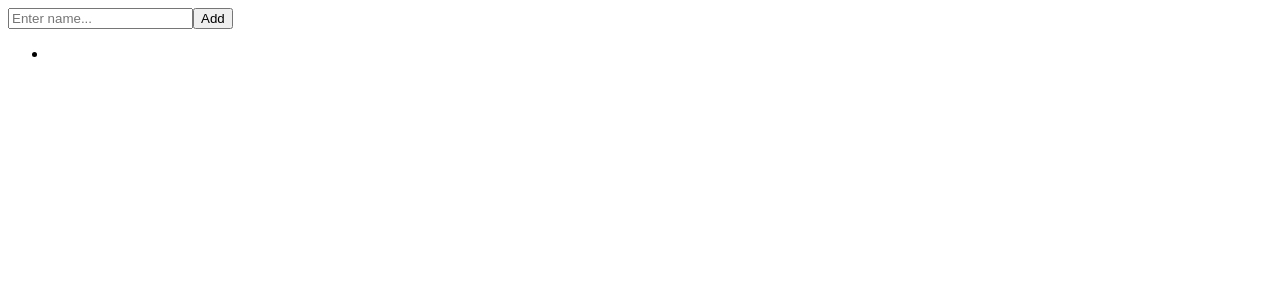
Repository: dohuuxuyen/redux-todolist
Page: /, after clicking the first element matching `button`
These files come from the project's save history. The page is drawn as it stood at one moment and after the next save; the edit follows.
The browser window is 1280 px wide. The pictures show the whole page.
The project was rebuilt for these pictures with package versions that can differ from the ones it lists, and the page was loaded fresh each time. Also part of the build but not shown: src/App.css.

Above is the page before, as saved 2022-04-30 13:38:14.

### src/index.js
import React from "react";
import ReactDOM from "react-dom/client";
import { Provider } from "react-redux";
import App from "./App";
import store from "./redux/store";

const root = ReactDOM.createRoot(document.getElementById("root"));
root.render(
  <Provider store={store}>
    <App />
  </Provider>
);

### src/App.js
import "./App.css";
import Todos from "./components/Todos/Todos";

function App() {
  return (
    <div className="App">
      <Todos />
    </div>
  );
}

export default App;

### src/components/Todos/Todos.jsx
import React from "react";
import { useDispatch, useSelector } from "react-redux";
import { addTodos, setTodoInput } from "../../redux/actions";
import { todoInputSelector, todosSelector } from "../../redux/selector";

const Todos = () => {
  const todoInput = useSelector(todoInputSelector);
  const todos = useSelector(todosSelector);
  const dispatch = useDispatch();
  console.log(todos);

  const handleTodoInputChange = (e) => {
    dispatch(setTodoInput(e.target.value));
  };

  const handleAdd = () => {
    dispatch(addTodos(todoInput));
  };
  console.log(todoInput);
  return (
    <div>
      <input
        value={todoInput}
        type="text"
        placeholder="Enter name..."
        onChange={handleTodoInputChange}
      />
      <button onClick={handleAdd}>Add</button>
      <ul>
        {todos.map((todo, index) => (
          <li key={index}>{todo}</li>
        ))}
      </ul>
    </div>
  );
};

export default Todos;

### src/redux/reducer.js
import { combineReducers } from "redux";
import todosReducer from "../components/Todos/todosReducer";

const rootReducer = combineReducers({
  todos: todosReducer,
});

export default rootReducer;

### src/redux/actions.js
export const searchFilter = (payload) => {
  return {
    type: "Filter/SEARCH_FILTER",
    payload: payload,
  };
};

export const setTodoInput = (payload) => {
  return {
    type: "Todos/SET_TODO_INPUT",
    payload: payload,
  };
};

export const addTodos = (payload) => {
  return {
    type: "Todos/ADD_TODOS",
    payload: payload,
  };
};

export const deleteTodos = (payload) => {
  return {
    type: "Todos/DELETE_TODOS",
    payload: payload,
  };
};

export const clearTodos = (payload) => {
  return {
    type: "Todos/CLEAR_TODOS",
    payload: payload,
  };
};

export const updateTodos = (payload) => {
  return {
    type: "Todos/UPDATE_TODOS",
    payload: payload,
  };
};

### src/redux/selector.js
export const todoInputSelector = (state) => state.todos.todoInput;
export const todosSelector = (state) => state.todos.todos;

### src/components/Todos/todosReducer.js
const initialState = {
  todoInput: "",
  todos: [],
};

const todosReducer = (state = initialState, action) => {
  switch (action.type) {
    case "Todos/SET_TODO_INPUT":
      return {
        ...state,
        todoInput: action.payload,
      };
    case "Todos/ADD_TODOS":
      return {
        ...state,
        todos: [...state.todos, action.payload],
      };
    default:
      return state;
  }
};

export default todosReducer;

Loaded but not shown: public/index.html (common file); src/redux/store.js (common file)

After the next save:
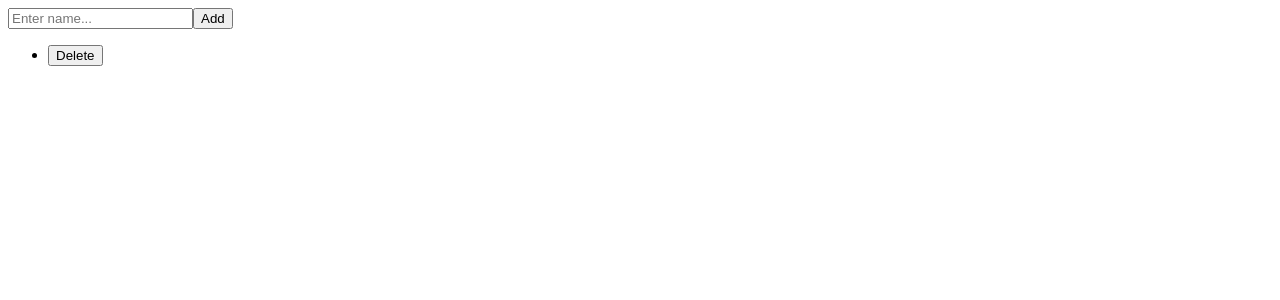
Saved 42 s later.
--- a/src/components/Todos/Todos.jsx
+++ b/src/components/Todos/Todos.jsx
@@ -28,7 +28,10 @@ const Todos = () => {
       <button onClick={handleAdd}>Add</button>
       <ul>
         {todos.map((todo, index) => (
-          <li key={index}>{todo}</li>
+          <li key={index}>
+            {todo}
+            <button>Delete</button>
+          </li>
         ))}
       </ul>
     </div>
